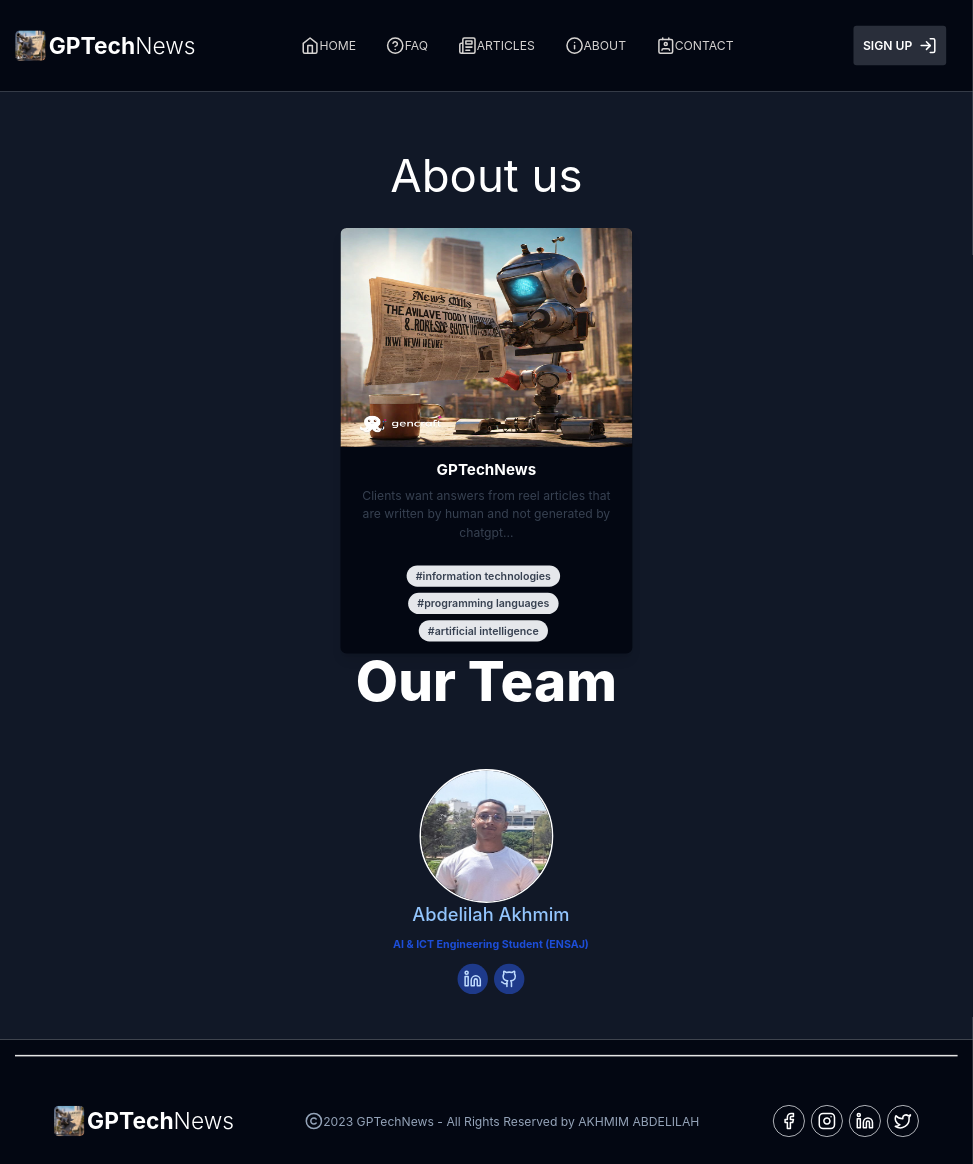
Repository: Lablab-me-Hackathon/gptech-news-frontend
Page: /about
The author's editor kept a copy of each file at every save. The page is drawn from the files as they stood at one save, then again after a run of saves.
The browser window is 1280 px wide. The pictures show the whole page, at 76% of full size.
The project was rebuilt for these pictures with package versions that can differ from the ones it lists, and the page was loaded fresh each time. Also part of the build but not shown: vite.config.js, src/services/home/Explore.jsx, src/services/home/Welcome.jsx, src/routes/Home.jsx, src/routes/FAQ.jsx, src/services/articles/Feed.jsx, src/services/articles/Article.jsx, src/components/Main.jsx and 4 more.

Above is the page before, as saved 2023-08-08 01:55:48.

After the next 5 saves:
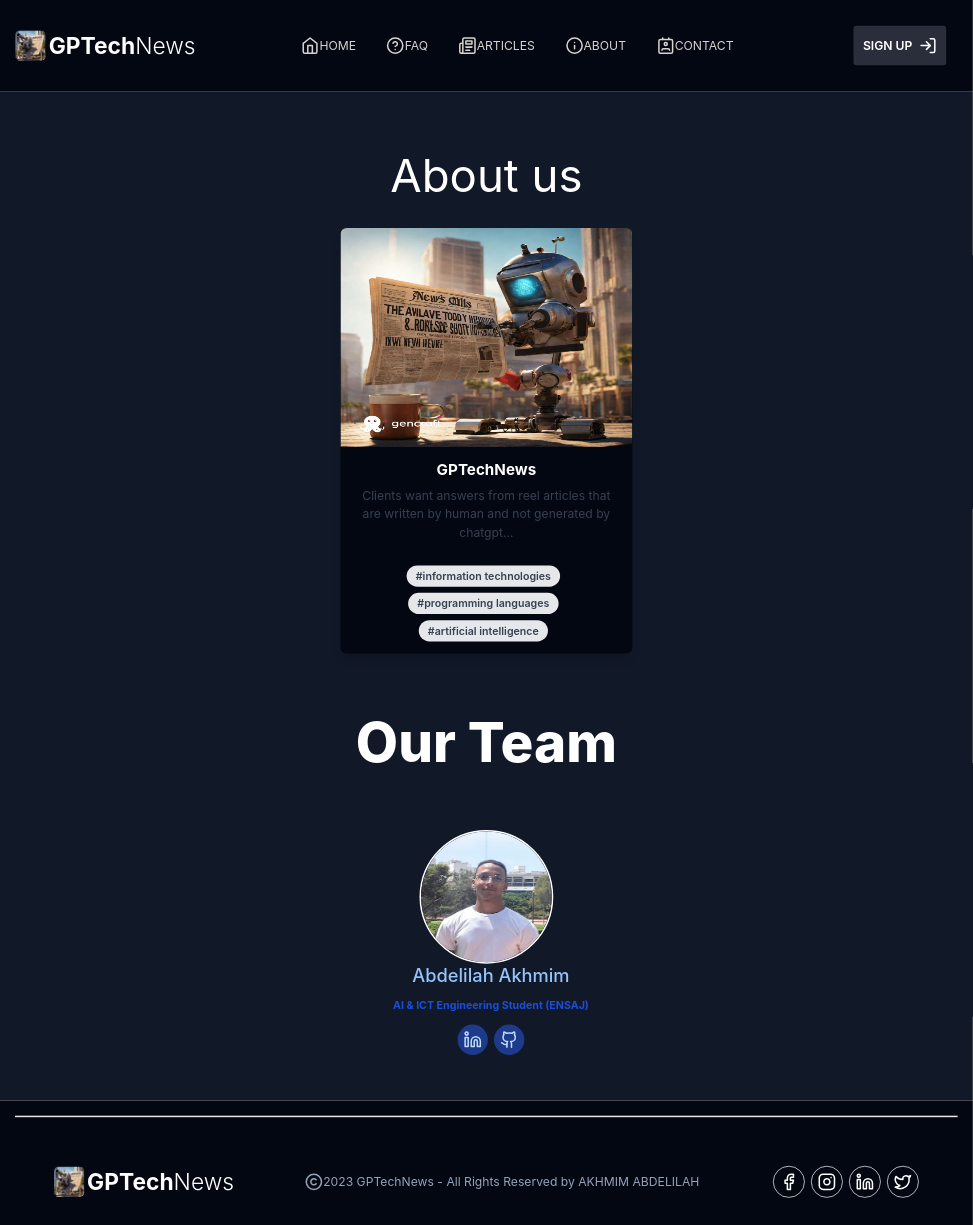
The 5 saves are shown as one change because they came seconds apart.
The last was saved 36 s later.
--- a/src/routes/About.jsx
+++ b/src/routes/About.jsx
@@ -11,6 +11,11 @@ function About() {
         <h1 className="text-6xl py-10">About us</h1>
         <Card />
 
+
+      </div>
+      <div className="text-center text-white h-full w-full py-10 flex-box flex-col scroll-smooth bg-gray-900">
+
+
         <Team />
       </div>
       <Footer />
